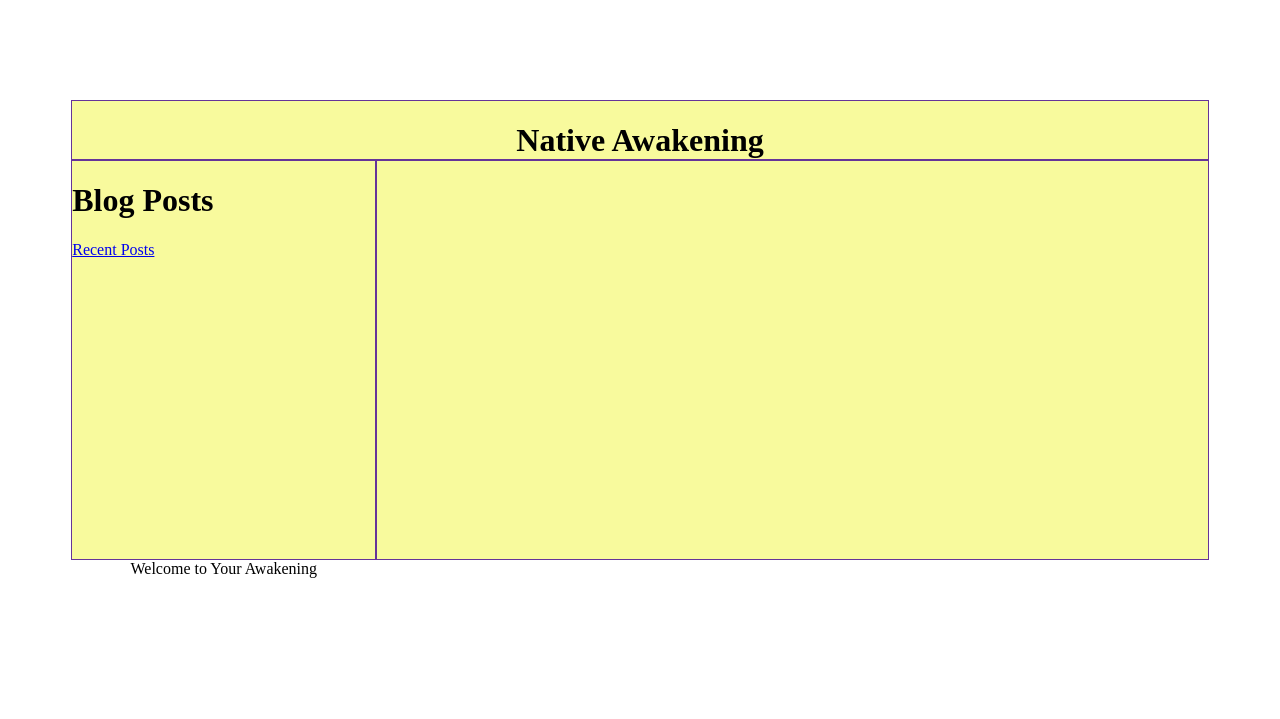
Repository: Gregg-Hendrix/blog-project
Page: index.html
These files come from the project's save history. The page is drawn as it stood at one moment and after the next save; the edit follows.
The browser window is 1280 px wide. The pictures show the whole page.

Above is the page before, as saved 2021-03-15 13:41:08.

After the next save:
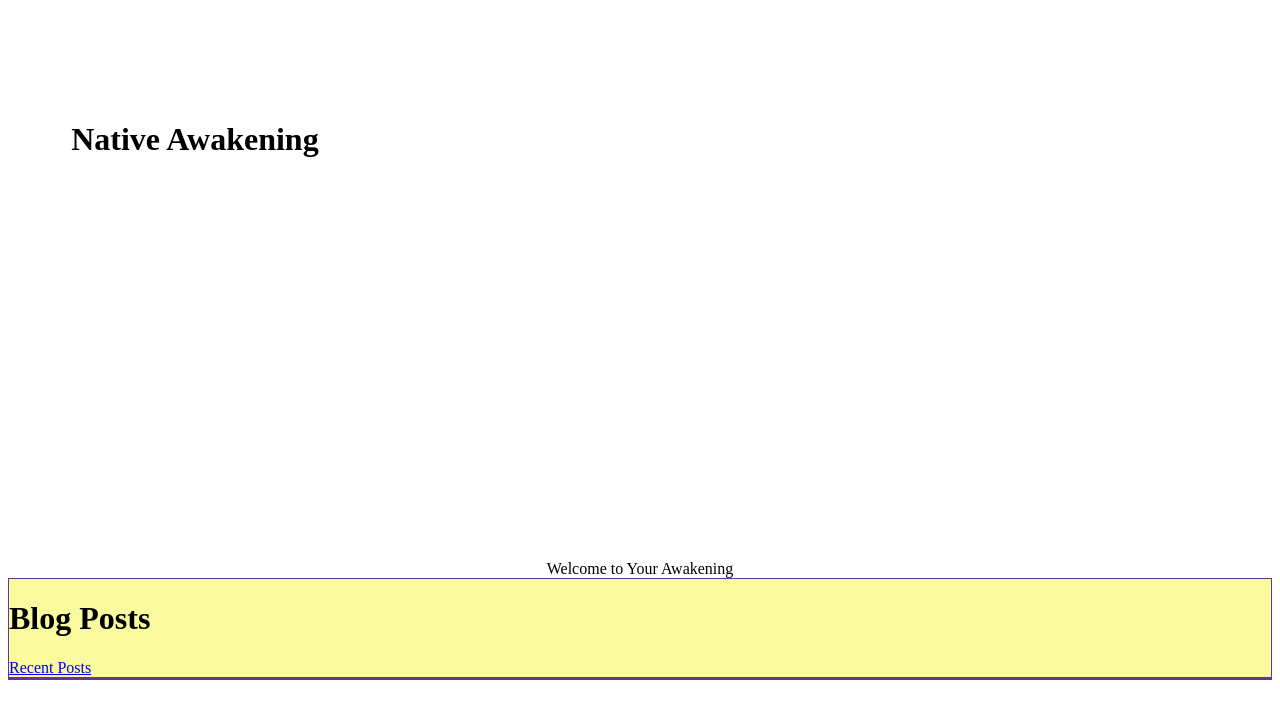
Saved 42 s later.
--- a/index.html
+++ b/index.html
@@ -10,7 +10,7 @@
     <body>
         <! -- This aligns the items to the top of the screen -->
         <div class="container">
-            <div class="header box">
+            <header>
                 <h1>Native Awakening</h1>
             </div>
             <article class="intro">Welcome to Your Awakening</article>
